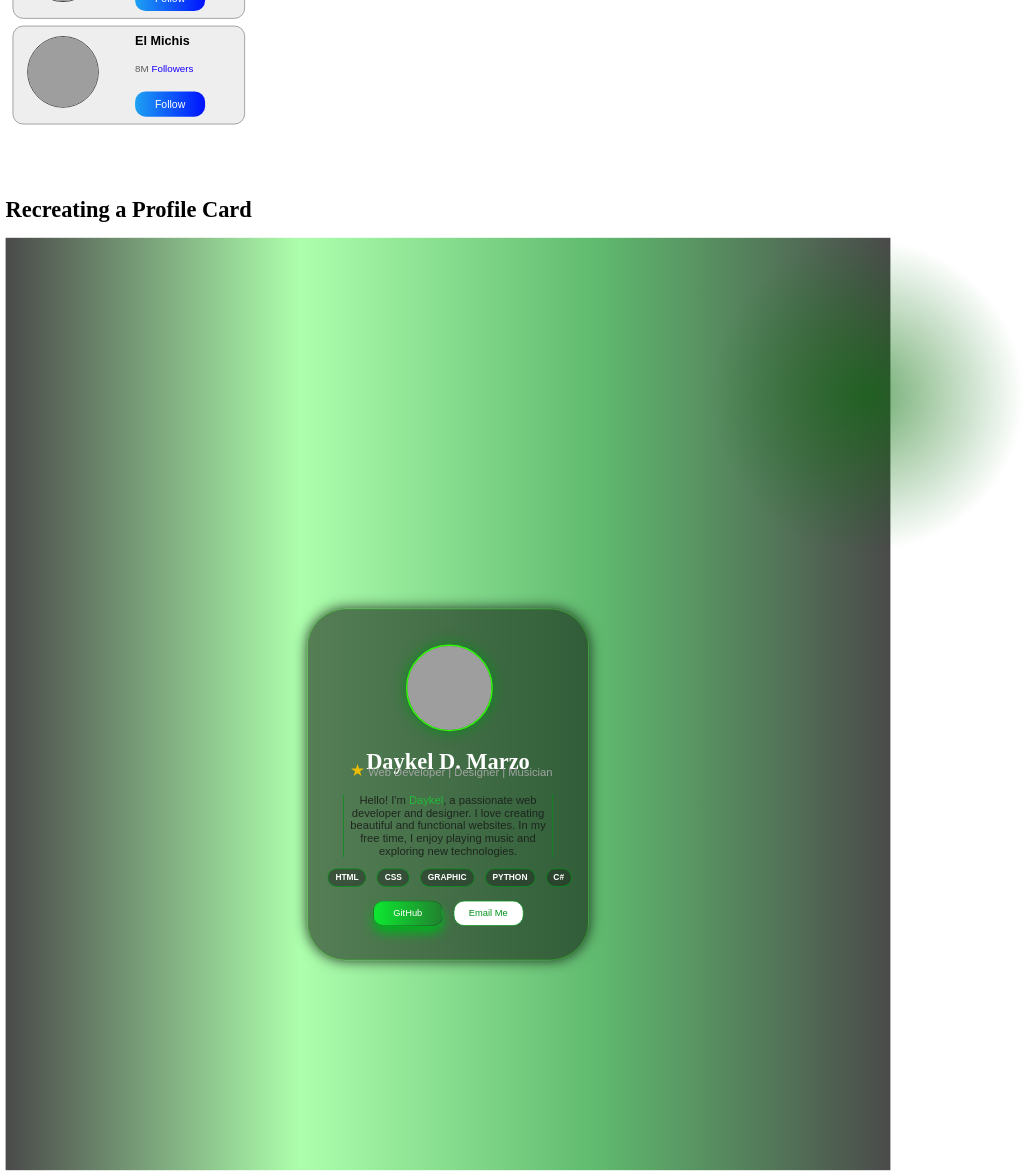
Repository: Yeyolive/WebDev_Collab_2025
Page: Basic_Projects/HTML-CSS course/into-to-html/index.html
These files come from the project's save history. The page is drawn as it stood at one moment and after the next save; the edit follows.
The browser window is 1280 px wide. The page is 1465 px wide, so the pictures cover 1465 px, including what lies to the right of the window. The pictures show the part of the page from y = 3934 to 5614 px (the page is 5614 px tall), at 70% of full size.
Pictures or frames that could not be fetched are drawn as grey boxes.

Above is the page before, as saved 2025-11-26 00:42:02.

After the next save:
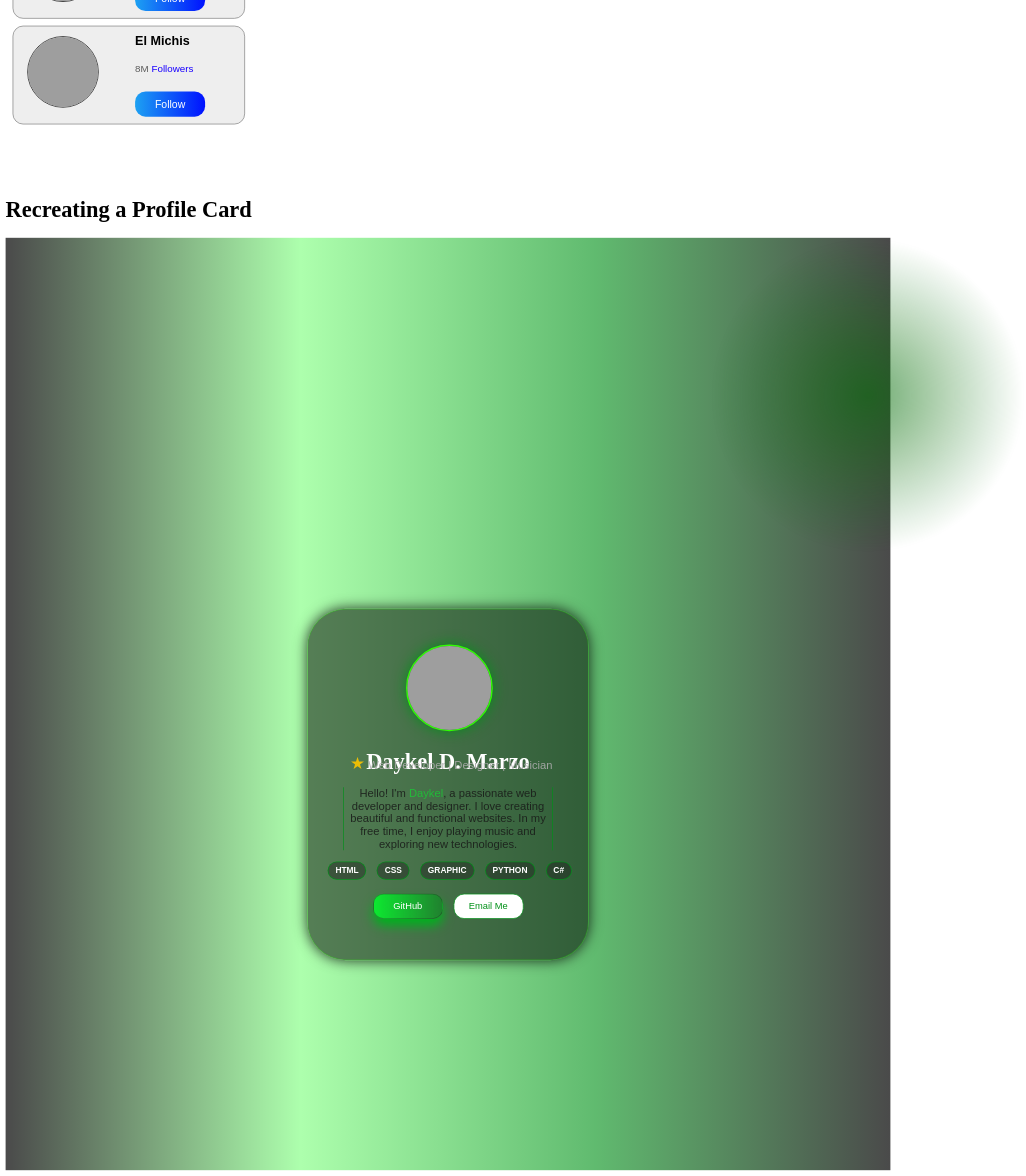
Saved 24 s later.
--- a/Basic_Projects/HTML-CSS course/into-to-html/styles.css
+++ b/Basic_Projects/HTML-CSS course/into-to-html/styles.css
@@ -560,7 +560,7 @@
 }
 
 .avatar-name {
-  margin-bottom: 10px;
+  margin-bottom: -5px;
   font-size: 32px;
   font-weight: bold;
   color: rgb(255, 255, 255);

After the save that followed:
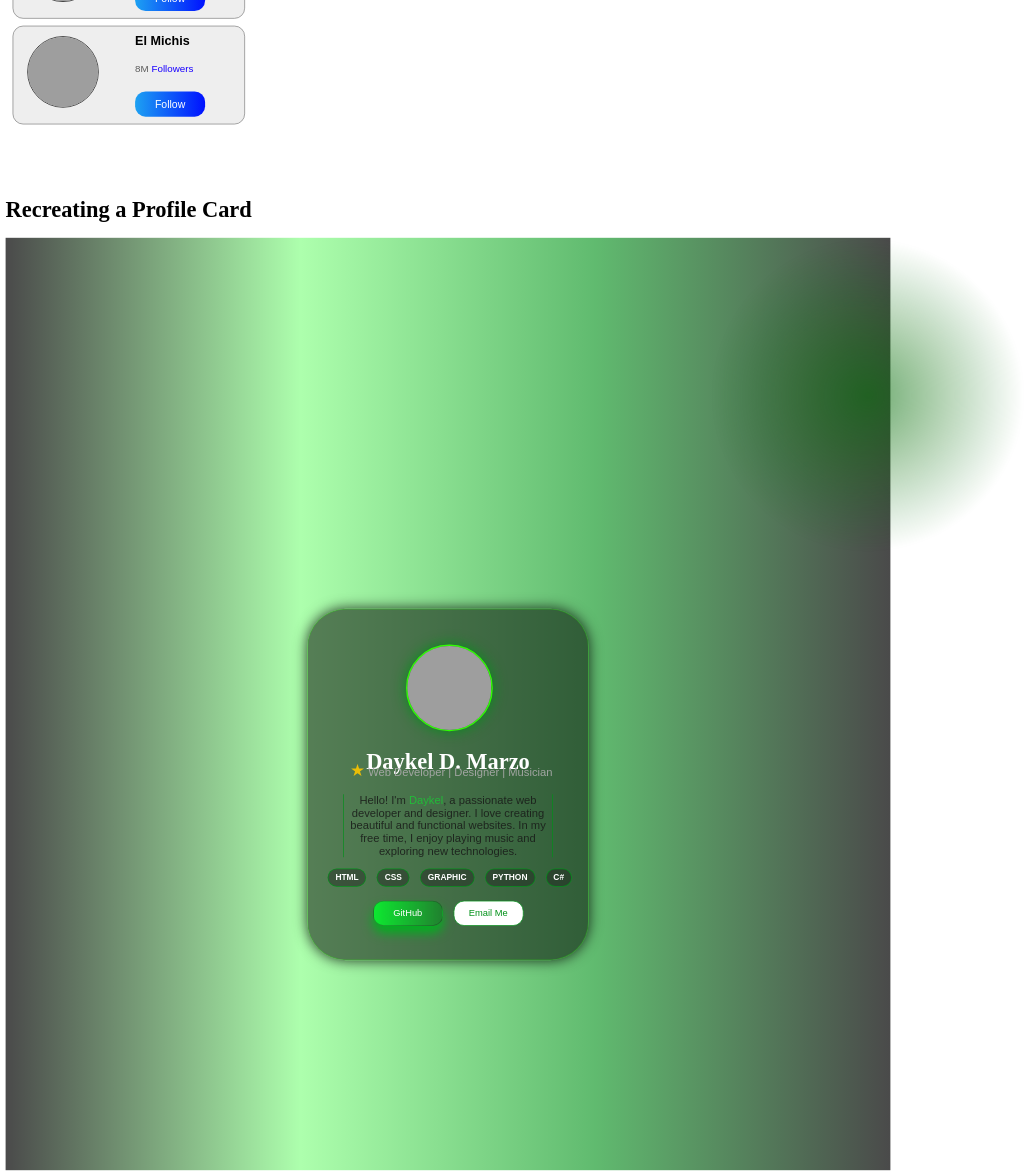
Saved 24 s later.
--- a/Basic_Projects/HTML-CSS course/into-to-html/styles.css
+++ b/Basic_Projects/HTML-CSS course/into-to-html/styles.css
@@ -560,7 +560,7 @@
 }
 
 .avatar-name {
-  margin-bottom: -5px;
+  margin-bottom: 10px;
   font-size: 32px;
   font-weight: bold;
   color: rgb(255, 255, 255);
